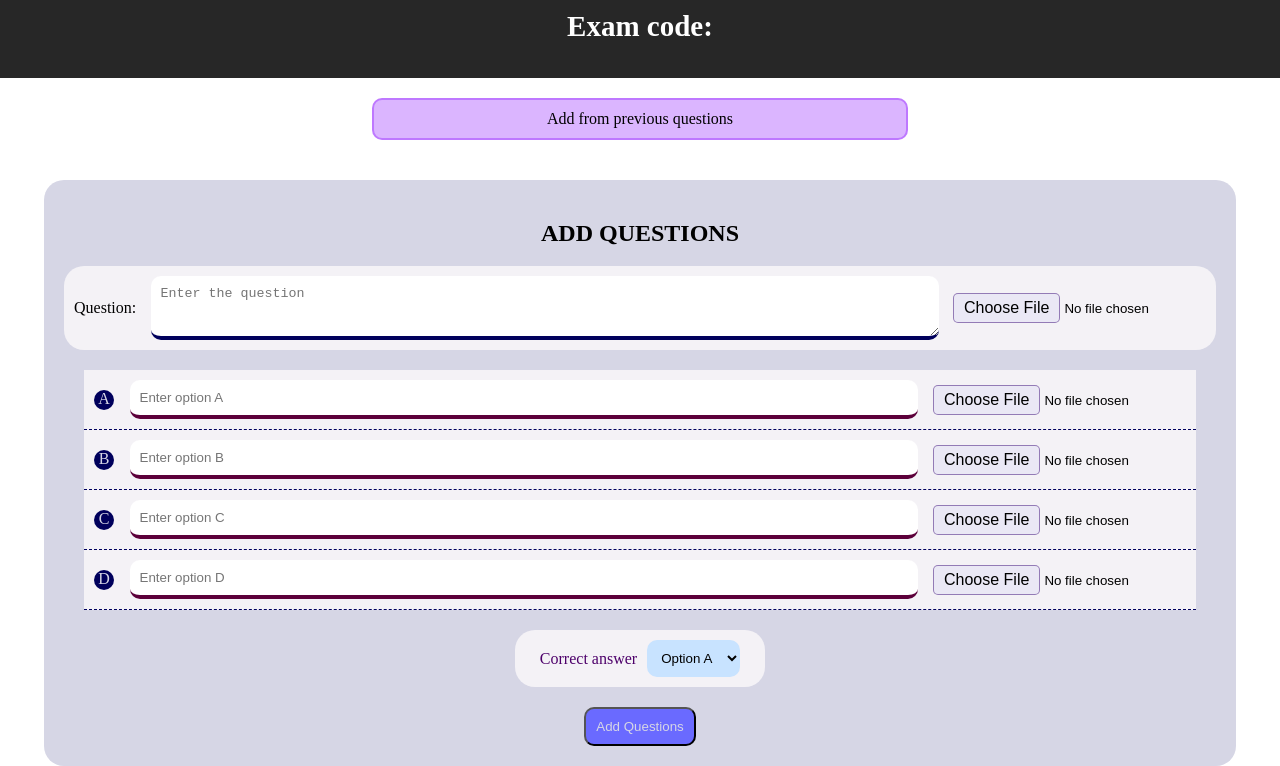
Repository: Buddhadip/ExamPortalApp_struts
Page: http://localhost/ExamWizard/WEB-INF/views/addQuestions.jsp
The author's editor kept a copy of each file at every save. The page is drawn from the files as they stood at one save, then again after the next save.
The browser window is 1280 px wide. The pictures show the whole page.
The page is served by Tomcat 9. Nobody is signed in. The template is opened directly, without the code that normally fills it, so the values that code supplies are empty.

Above is the page before, as saved 2023-07-19 10:40:54.

After the next save:
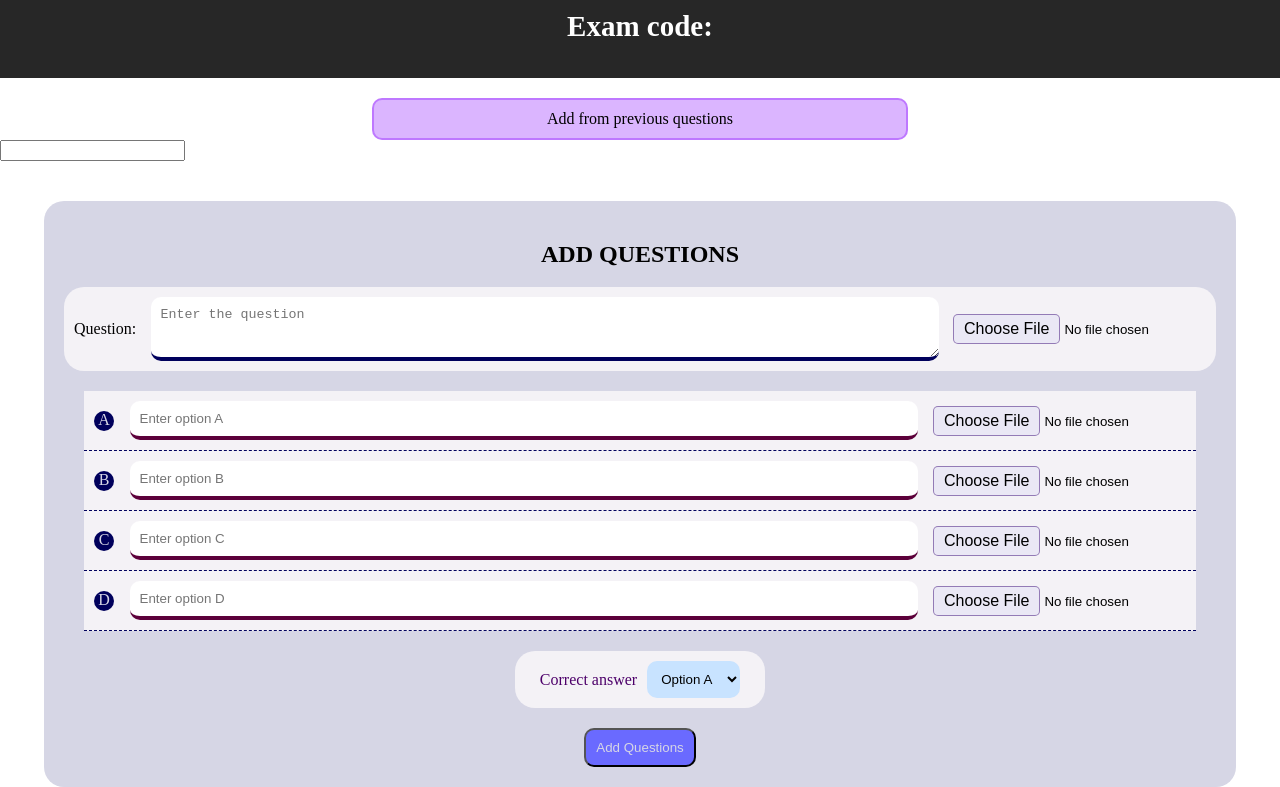
Saved 24 s later.
--- a/ExamWizard/src/main/webapp/WEB-INF/views/addQuestions.jsp
+++ b/ExamWizard/src/main/webapp/WEB-INF/views/addQuestions.jsp
@@ -14,7 +14,13 @@
     </div>
     <div>
       <form id="mcq-form">
+        <input
 
+              type="text"
+              id="option-a-image"
+              name="q-image"
+              onchange="handleFileInputChange(this)"
+            />
         <div class="question-container">
           <h2 style="text-align: center">ADD QUESTIONS</h2>
           <div class="question-section">
